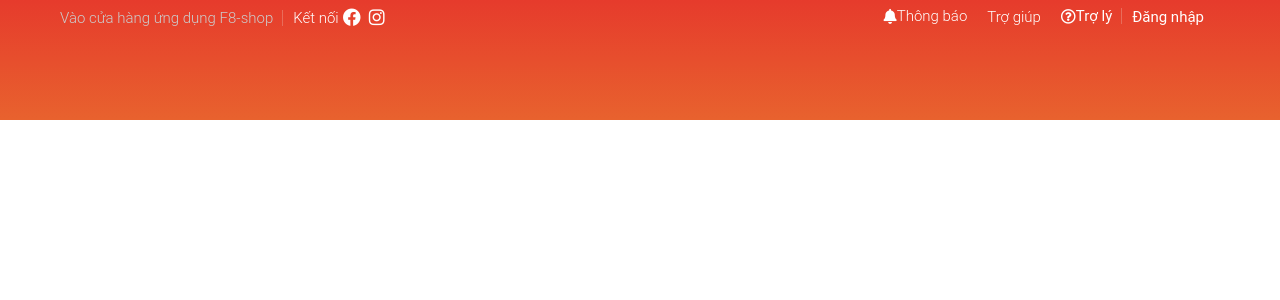
Repository: ly12345680/Product
Page: web_Shopee_responsive/index.html
An editor plug-in stored every save of this project. The page is shown before and after the next save, followed by the edit.
The browser window is 1280 px wide. The pictures show the whole page.
The pointer rests on the first visible `.header__navbar-item`.

Above is the page before, as saved 2021-07-27 19:02:06.

After the next save:
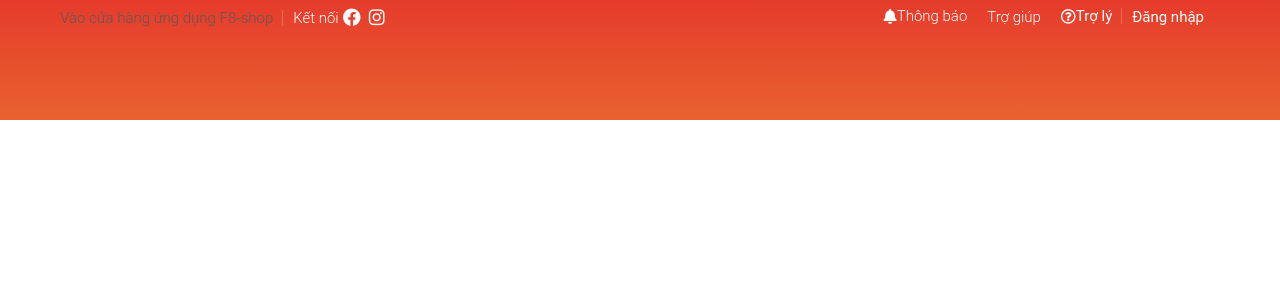
Saved 24 s later.
--- a/web_Shopee_responsive/assets/css/main.css
+++ b/web_Shopee_responsive/assets/css/main.css
@@ -64,6 +64,6 @@
 .header__navbar-item:hover,
 .header__navbar-item-link:hover,
 .header__navbar-icon:hover {
-    color: #ccc;
+    color: rgb(94, 87, 87);
     cursor: pointer;
 }
